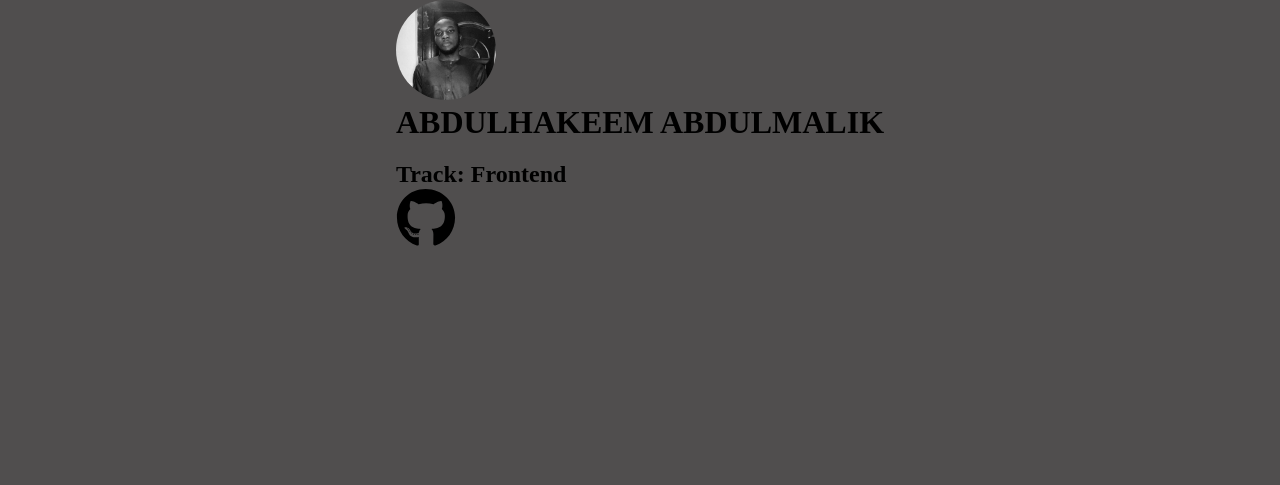
Repository: malikhakeem/HNG-TASK
Page: HNG-TASK1.html
These files come from the project's save history. The page is drawn as it stood at one moment and after the next save; the edit follows.
The browser window is 1280 px wide. The pictures show the whole page.

Above is the page before, as saved 2023-09-08 21:59:53.

### HNG-TASK1.html
<!DOCTYPE html>
<html lang="en">

<head>
    <meta charset="UTF-8">
    <meta name="viewport" content="width=device-width, initial-scale=1.0">

    <link rel="stylesheet" href="./HNG-TASK!.css">
    <title>HNG</title>
</head>

<body>
    <div class="body">
        <div class="nav">
            <div class="nav-left"><img data-testId="slackDisplayImage" class="profile-pic" src="./pic/kim.jpg"alt="Malik" /></div>
            <div class="nav-mid">
                <div class="slack-name">
                    <h1>ABDULHAKEEM ABDULMALIK</h1>
                </div>
                <div data-testId="myTrack"class="track">
                    <h2>Track: Frontend</h2>
                </div>
            </div>
            <div data-testId="slackUserName" class="nav-right">
                <a href="link address"><img src="./pic//github.svg" width="60" height="60"></a>
            </div>

        </div>
    </div>

</body>

</html>

### HNG-TASK!.css
*{
    padding:0px;
    margin:0px;

}

.profile-pic{
    width:100px;
    height:100px;
    border-radius: 50%;
}
.nav{
    /* display:flex;

    justify-content: space-between;
    padding: 150px 100px 0px 100px; */
}

.track{
    padding-top: 20px;
}

body{
    display:flex;
 justify-content: center;

    background-color:rgb(80, 78, 78);
}

After the next save:
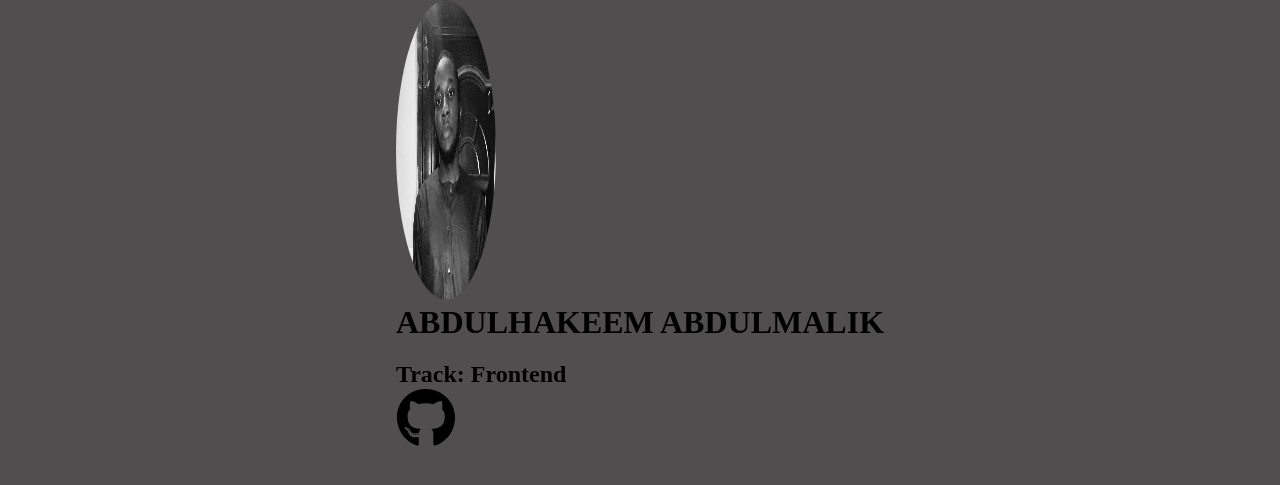
Saved 6 s later.
--- a/HNG-TASK!.css
+++ b/HNG-TASK!.css
@@ -6,7 +6,7 @@
 
 .profile-pic{
     width:100px;
-    height:100px;
+    height:300px;
     border-radius: 50%;
 }
 .nav{
